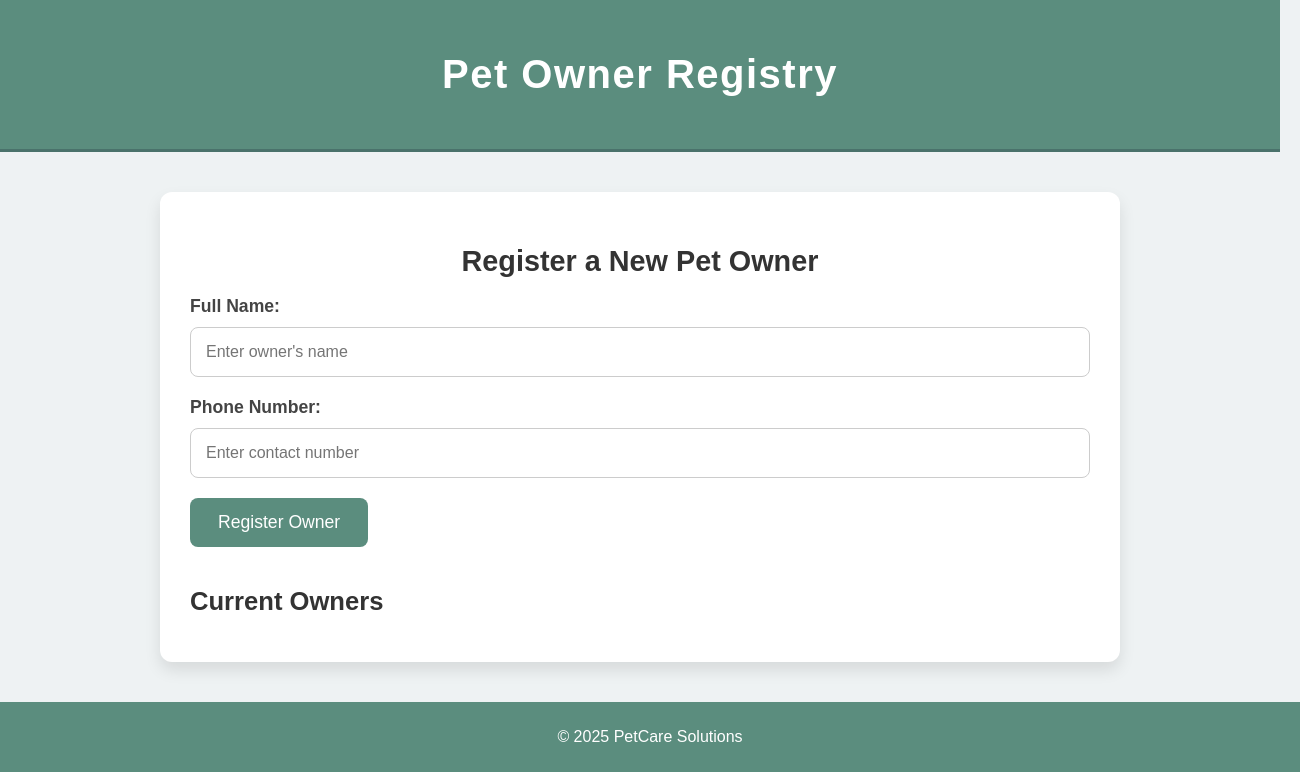
Repository: abirami1105/repoA
Page: PetClinicApplication/src/main/resources/static/owner.html
The author's editor kept a copy of each file at every save. The page is drawn from the files as they stood at one save, then again after the next save.
The browser window is 1280 px wide. The page is 1300 px wide, then 1290 px, then 1300 px, so the pictures cover 1300 px, including what lies to the right of the window. The pictures show the whole page.
The page's requests for data from a server got no answer.

Above is the page before, as saved 2025-01-02 18:31:53.

After the next save:
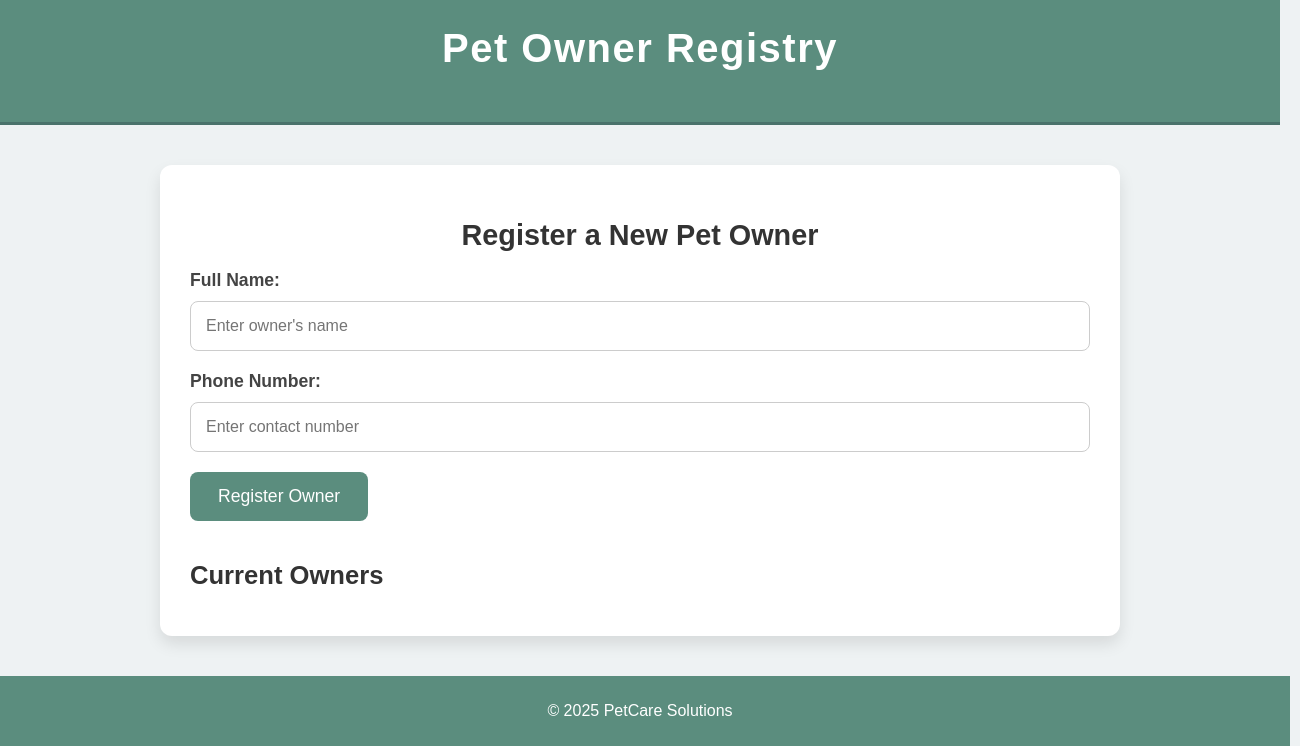
Saved 67 s later.
--- a/PetClinicApplication/src/main/resources/static/owner.html
+++ b/PetClinicApplication/src/main/resources/static/owner.html
@@ -10,6 +10,11 @@
             background-color: #eef2f3;
             margin: 0;
             padding: 0;
+            display: flex;
+            justify-content: center;
+            align-items: center;
+            height: 100vh;
+            flex-direction: column;
         }
 
         header {
@@ -18,6 +23,7 @@
             padding: 25px 0;
             text-align: center;
             border-bottom: 3px solid #4a726b;
+            width: 100%;
         }
 
         header h1 {
@@ -27,11 +33,12 @@
 
         .container {
             max-width: 900px;
-            margin: 40px auto;
+            width: 100%;
             padding: 30px;
             background-color: #ffffff;
             border-radius: 12px;
             box-shadow: 0 8px 16px rgba(0, 0, 0, 0.1);
+            margin-top: 40px;
         }
 
         .form-container {

After the save that followed:
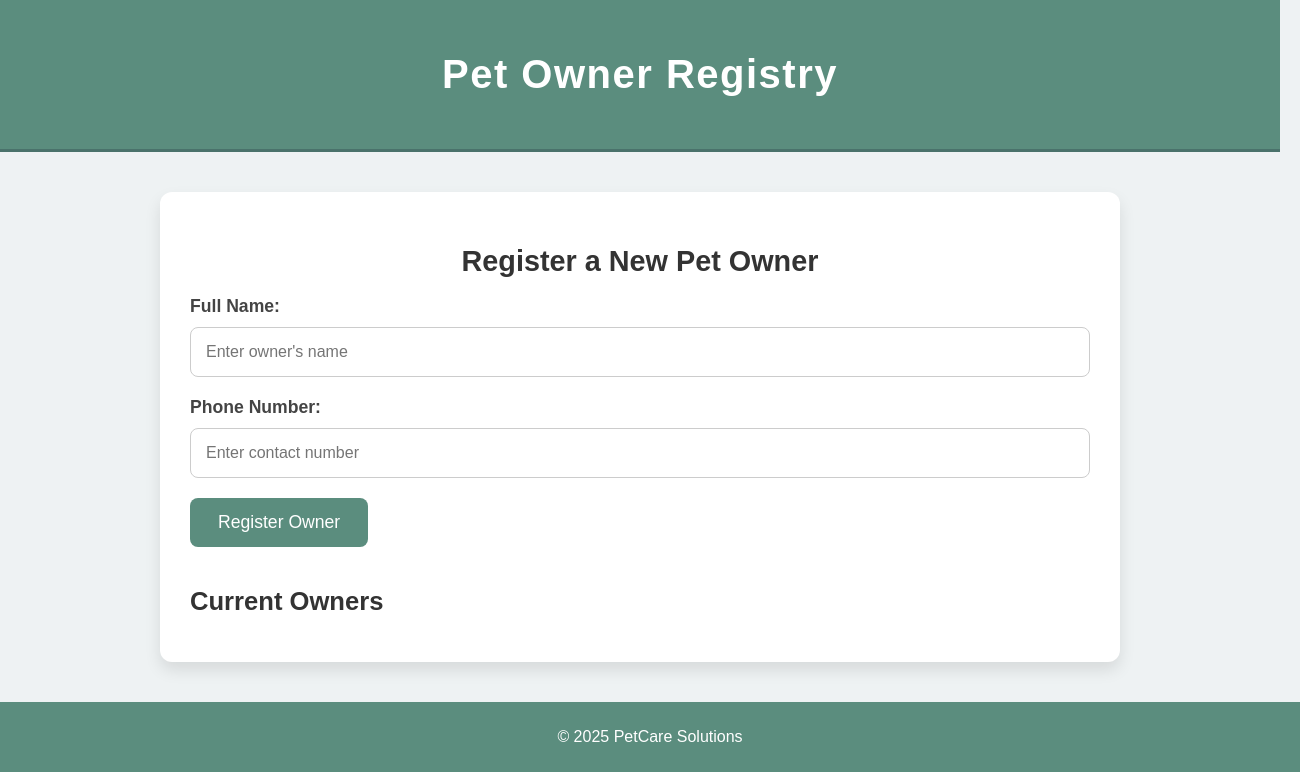
Saved 18 s later.
--- a/PetClinicApplication/src/main/resources/static/owner.html
+++ b/PetClinicApplication/src/main/resources/static/owner.html
@@ -10,11 +10,6 @@
             background-color: #eef2f3;
             margin: 0;
             padding: 0;
-            display: flex;
-            justify-content: center;
-            align-items: center;
-            height: 100vh;
-            flex-direction: column;
         }
 
         header {
@@ -23,7 +18,6 @@
             padding: 25px 0;
             text-align: center;
             border-bottom: 3px solid #4a726b;
-            width: 100%;
         }
 
         header h1 {
@@ -33,12 +27,11 @@
 
         .container {
             max-width: 900px;
-            width: 100%;
+            margin: 40px auto;
             padding: 30px;
             background-color: #ffffff;
             border-radius: 12px;
             box-shadow: 0 8px 16px rgba(0, 0, 0, 0.1);
-            margin-top: 40px;
         }
 
         .form-container {
